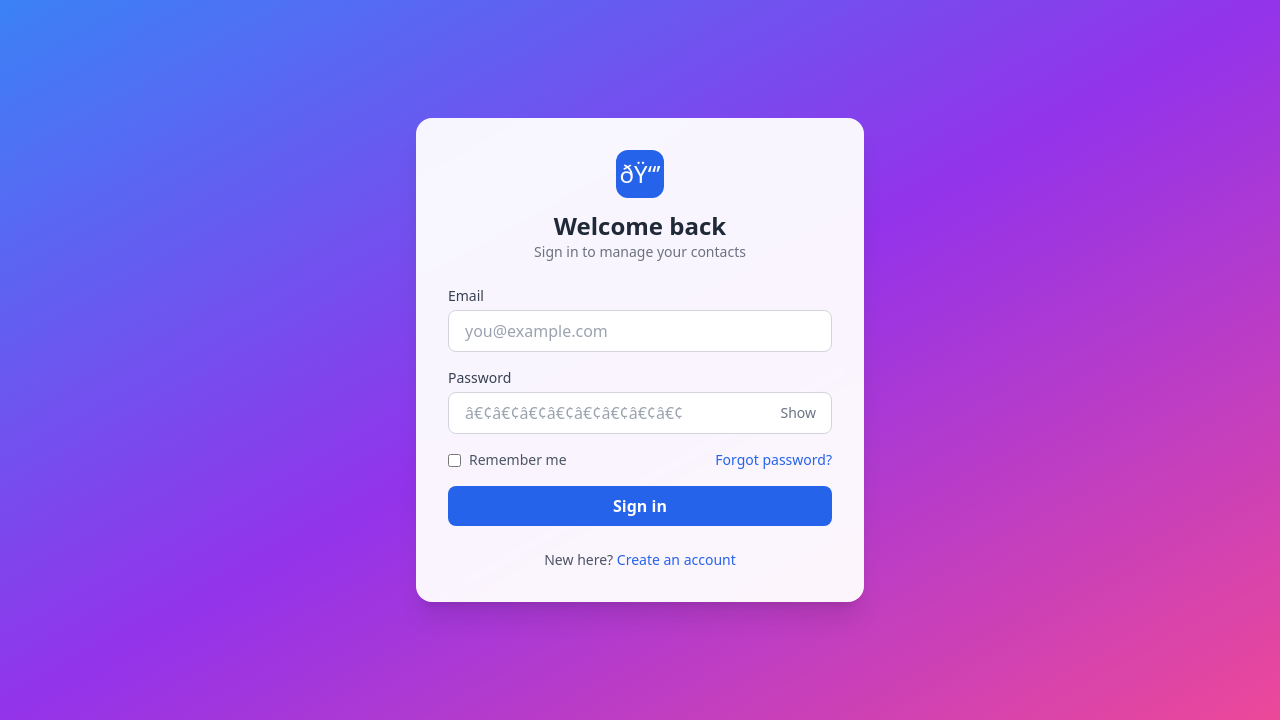
Repository: tauseefthedeveloper/ContactManagementSystem
Page: http://localhost/ContactManagementSystem/login.jsp
The author's editor kept a copy of each file at every save. The page is drawn from the files as they stood at one save, then again after the next save.
The browser window is 1280 px wide. The pictures show the whole page.
Some web libraries are served in a nearby version. The page is served by Tomcat 9.

Above is the page before, as saved 2025-09-01 11:29:24.

After the next save:
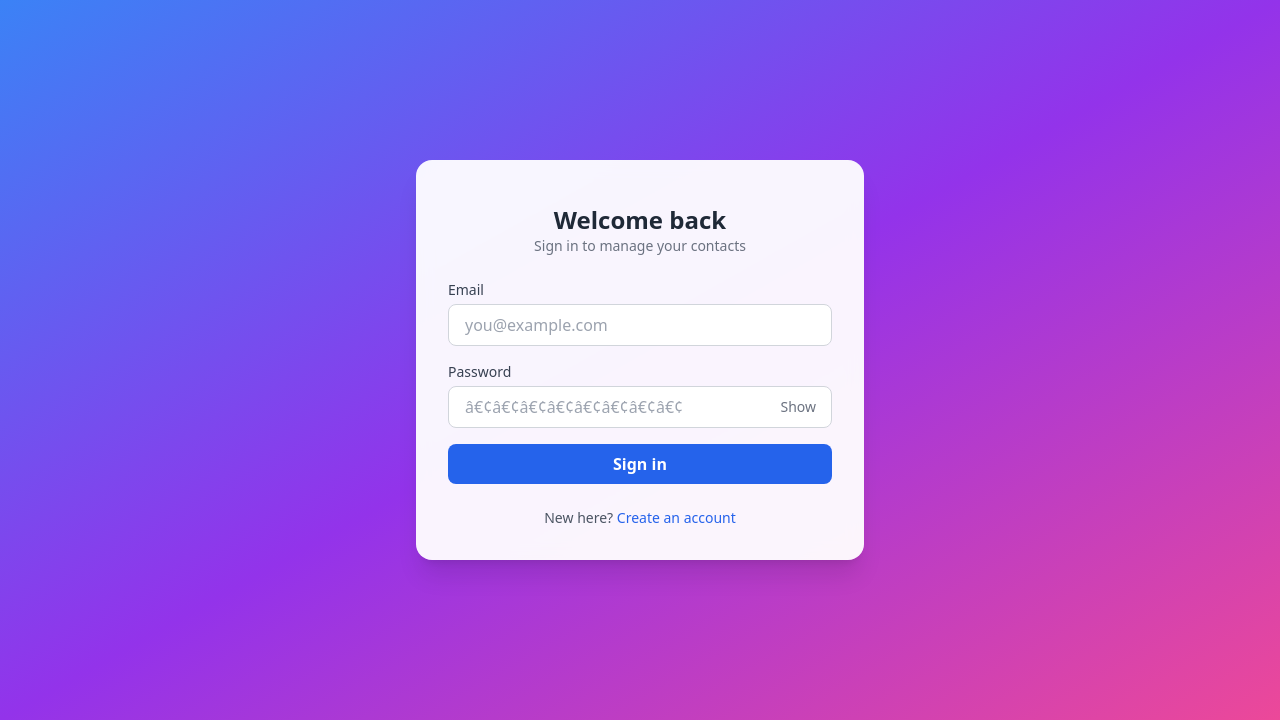
Saved 117 s later.
--- a/ContactManagementSystem/src/main/webapp/login.jsp
+++ b/ContactManagementSystem/src/main/webapp/login.jsp
@@ -15,8 +15,6 @@
 		<div
 			class="w-full max-w-md bg-white/95 backdrop-blur rounded-2xl shadow-xl p-8">
 			<div class="text-center mb-6">
-				<div
-					class="mx-auto w-12 h-12 rounded-xl bg-blue-600 flex items-center justify-center text-white text-2xl">📒</div>
 				<h1 class="mt-3 text-2xl font-bold text-gray-800">Welcome back</h1>
 				<p class="text-sm text-gray-500">Sign in to manage your contacts</p>
 			</div>
@@ -48,17 +46,6 @@
 							class="absolute inset-y-0 right-2 my-auto text-gray-500 text-sm px-2 rounded hover:bg-gray-100">
 							Show</button>
 					</div>
-				</div>
-
-				<!-- Remember & Forgot -->
-				<div class="flex items-center justify-between">
-					<label
-						class="flex items-center gap-2 text-sm text-gray-600 select-none">
-						<input type="checkbox" name="remember"
-						class="rounded border-gray-300 text-blue-600 focus:ring-blue-500" />
-						Remember me
-					</label> <a href="forgot.jsp" class="text-sm text-blue-600 hover:underline">Forgot
-						password?</a>
 				</div>
 
 				<!-- Submit -->
